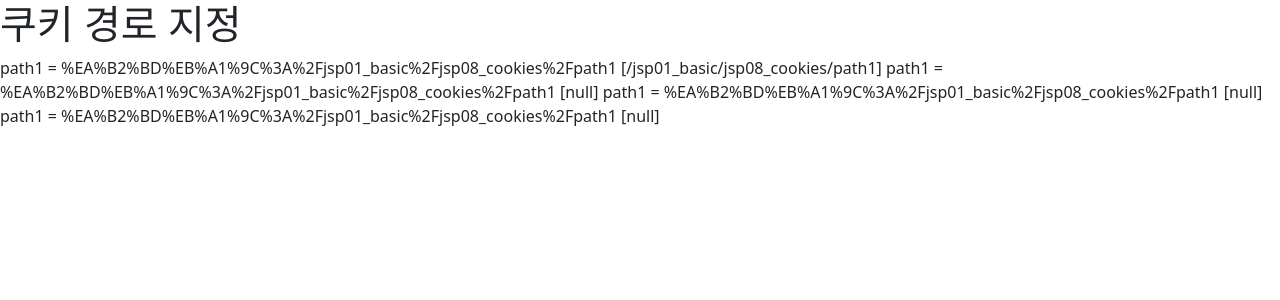
Repository: yeobleeme/06_jsp_basic
Page: http://localhost/jsp01_basic/jsp08_cookies/jsp06_path.jsp
The author's editor kept a copy of each file at every save. The page is drawn from the files as they stood at one save, then again after the next save.
The browser window is 1280 px wide. The pictures show the whole page.
The page is served by Tomcat 9. Other server files are loaded and not shown.

Above is the page before, as saved 2023-05-12 02:33:59.

### jsp01_basic/WebContent/jsp08_cookies/jsp06_path.jsp
<%@page import="java.net.URLEncoder"%>
<%@page language="java" contentType="text/html; charset=UTF-8" pageEncoding="UTF-8"%>
<!DOCTYPE html>
<html>
<head>
	<meta charset="UTF-8">
	<meta name="viewport" content="width=device-width, initial-scale=1, minimum-scale=1, maximum-scale=1">
  	<link href="https://cdn.jsdelivr.net/npm/bootstrap@5.2.3/dist/css/bootstrap.min.css" rel="stylesheet">
  	<script src="https://cdn.jsdelivr.net/npm/bootstrap@5.2.3/dist/js/bootstrap.bundle.min.js"></script>
	<title>Insert title here</title>
</head>
<body>
	<h1>쿠키 경로 지정</h1>
	<%
		// 1. 경로를 path1으로 지정해서 쿠키를 추가
		Cookie cookie1 = new Cookie("path1", URLEncoder.encode("경로:/jsp01_basic/jsp08_cookies/path1", "utf-8"));
		cookie1.setPath("/jsp01_basic/jsp08_cookies/path1");
		response.addCookie(cookie1);

		// 2. 경로를 지정하지 않고 쿠키를 추가
		Cookie cookie2 = new Cookie("path1", URLEncoder.encode("경로:/jsp01_basic/jsp08_cookies/path1", "utf-8"));

		// 3. 경로를 root(/)로 지정하고 쿠키를 추가
		Cookie cookie3 = new Cookie("path1", URLEncoder.encode("경로:/jsp01_basic/jsp08_cookies/path1", "utf-8"));

		// 4. 경로를 path2로 지정해서 쿠키를 추가
		Cookie cookie4 = new Cookie("path1", URLEncoder.encode("경로:/jsp01_basic/jsp08_cookies/path1", "utf-8"));
	%>
		<%= cookie1.getName() %> = <%= cookie1.getValue() %> [<%= cookie1.getPath() %>]
		<%= cookie2.getName() %> = <%= cookie2.getValue() %> [<%= cookie2.getPath() %>]
		<%= cookie3.getName() %> = <%= cookie3.getValue() %> [<%= cookie3.getPath() %>]
		<%= cookie4.getName() %> = <%= cookie4.getValue() %> [<%= cookie4.getPath() %>]
</body>
</html>

After the next save:
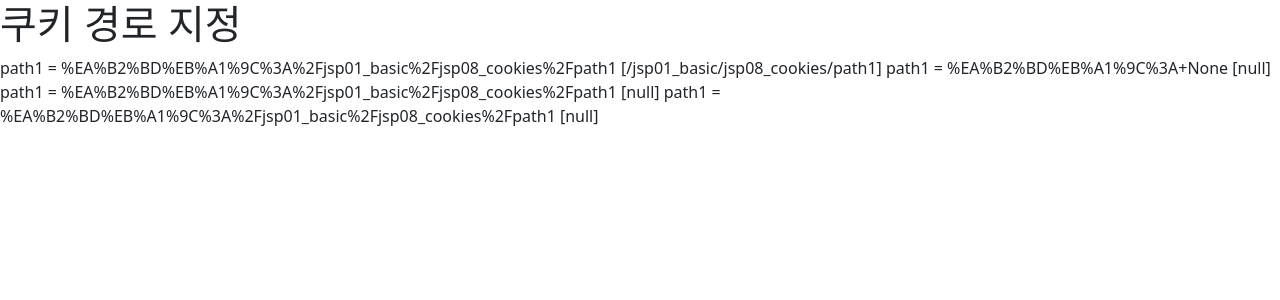
Saved 16 s later.
--- a/jsp01_basic/WebContent/jsp08_cookies/jsp06_path.jsp
+++ b/jsp01_basic/WebContent/jsp08_cookies/jsp06_path.jsp
@@ -18,7 +18,7 @@
 		response.addCookie(cookie1);
 
 		// 2. 경로를 지정하지 않고 쿠키를 추가
-		Cookie cookie2 = new Cookie("path1", URLEncoder.encode("경로:/jsp01_basic/jsp08_cookies/path1", "utf-8"));
+		Cookie cookie2 = new Cookie("path1", URLEncoder.encode("경로: None", "utf-8"));
 
 		// 3. 경로를 root(/)로 지정하고 쿠키를 추가
 		Cookie cookie3 = new Cookie("path1", URLEncoder.encode("경로:/jsp01_basic/jsp08_cookies/path1", "utf-8"));
